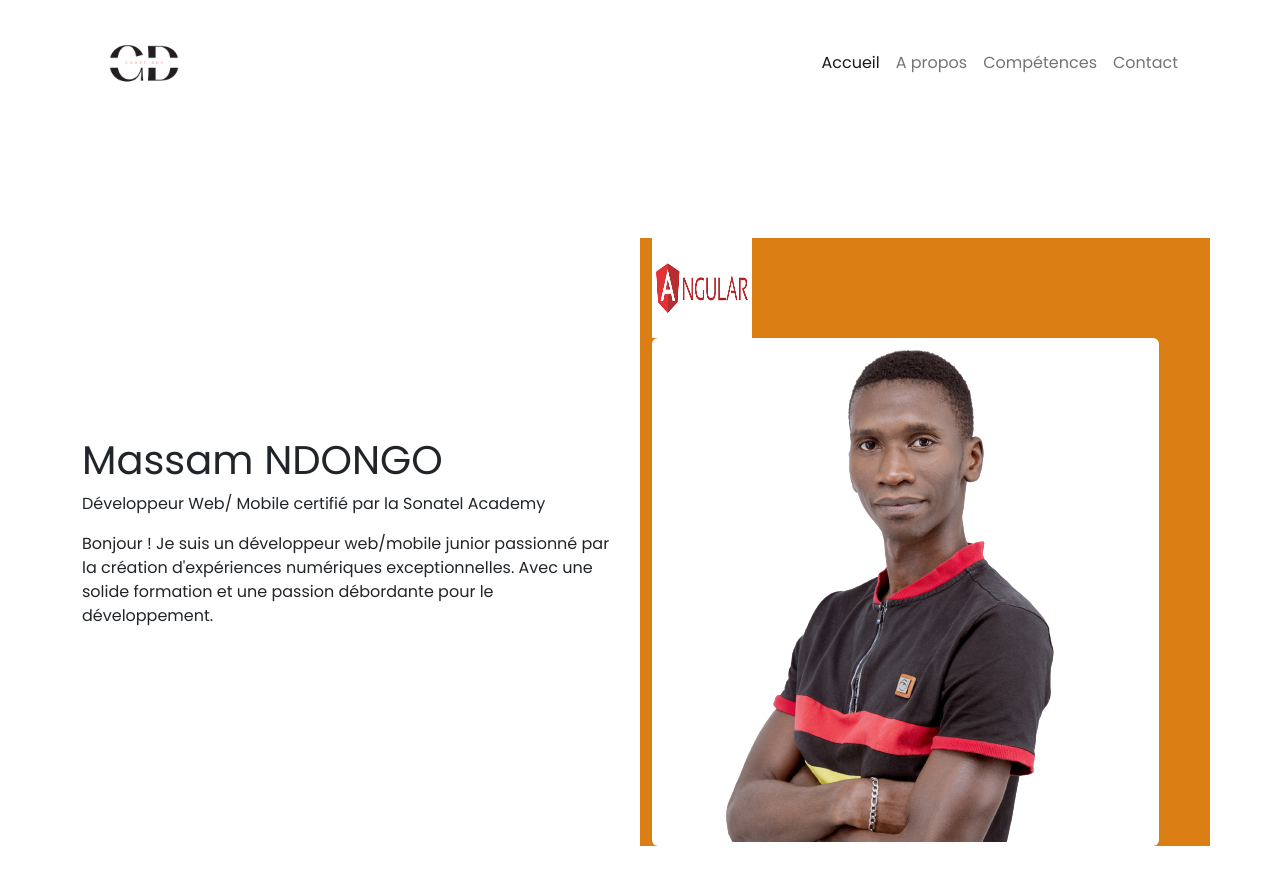
Repository: massndongo/portfolio1
Page: index.html
These files come from the project's save history. The page is drawn as it stood at one moment and after the next save; the edit follows.
The browser window is 1280 px wide. The pictures show the part of the page from y = 0 to 873 px (the page is 2219 px tall before and 2211 px after).
A picture or video elsewhere on the page could not be fetched, so the positions and the page height are approximate.

Above is the page before, as saved 2023-05-29 18:53:03.

After the next save:
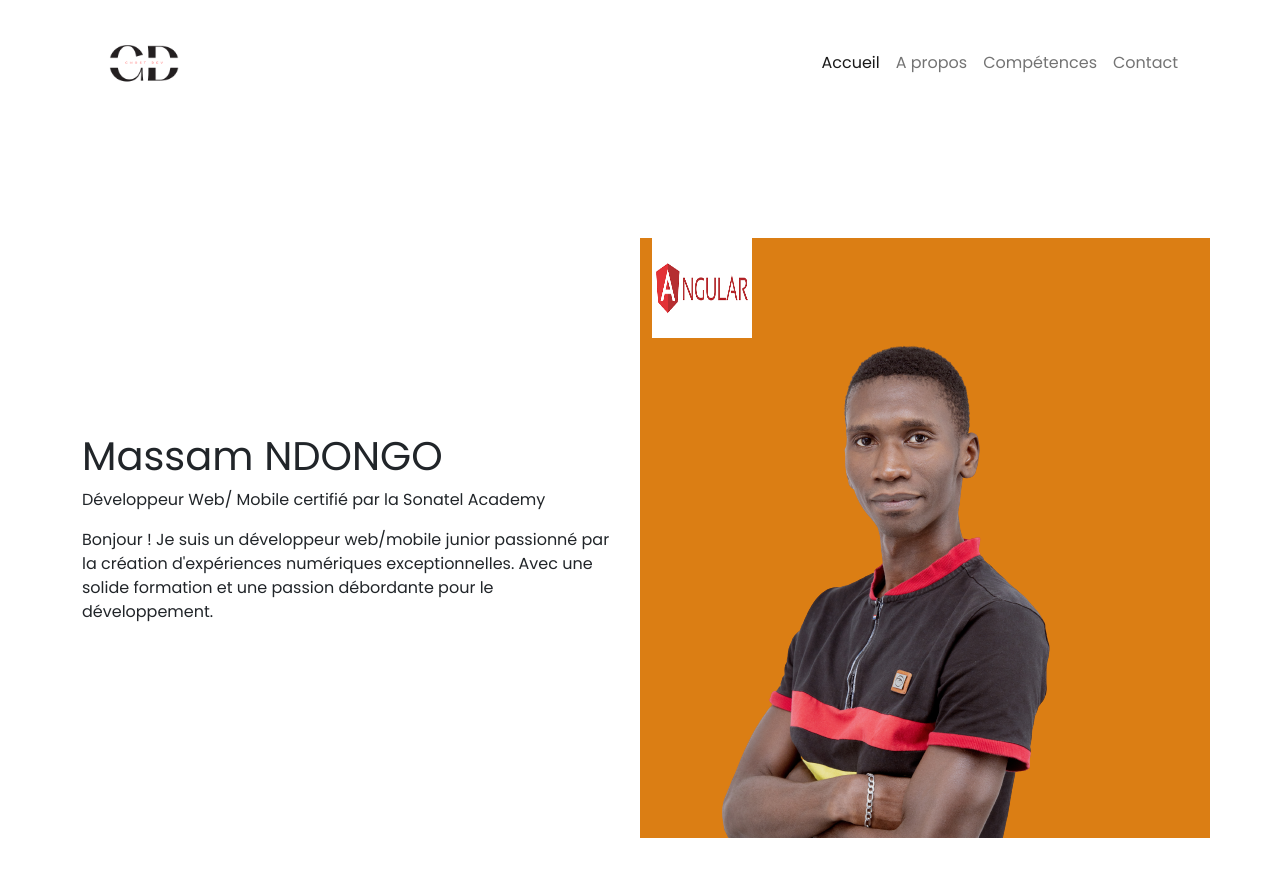
Saved 10 s later.
--- a/index.html
+++ b/index.html
@@ -55,7 +55,7 @@
                 </div>
                 <div class="col-lg-6 col-md-12 profil">
                     <img src="./assets/images/angular.png" class="angular" width="100px" height="100px" alt="" srcset="">
-                    <img src="./assets/images/mass.png" class="img-thumbnail border-0 animated-text" alt="" srcset="">
+                    <img src="./assets/images/mass.png" class="border-0 animated-text" alt="" srcset="">
                 </div>
             </div>
 
